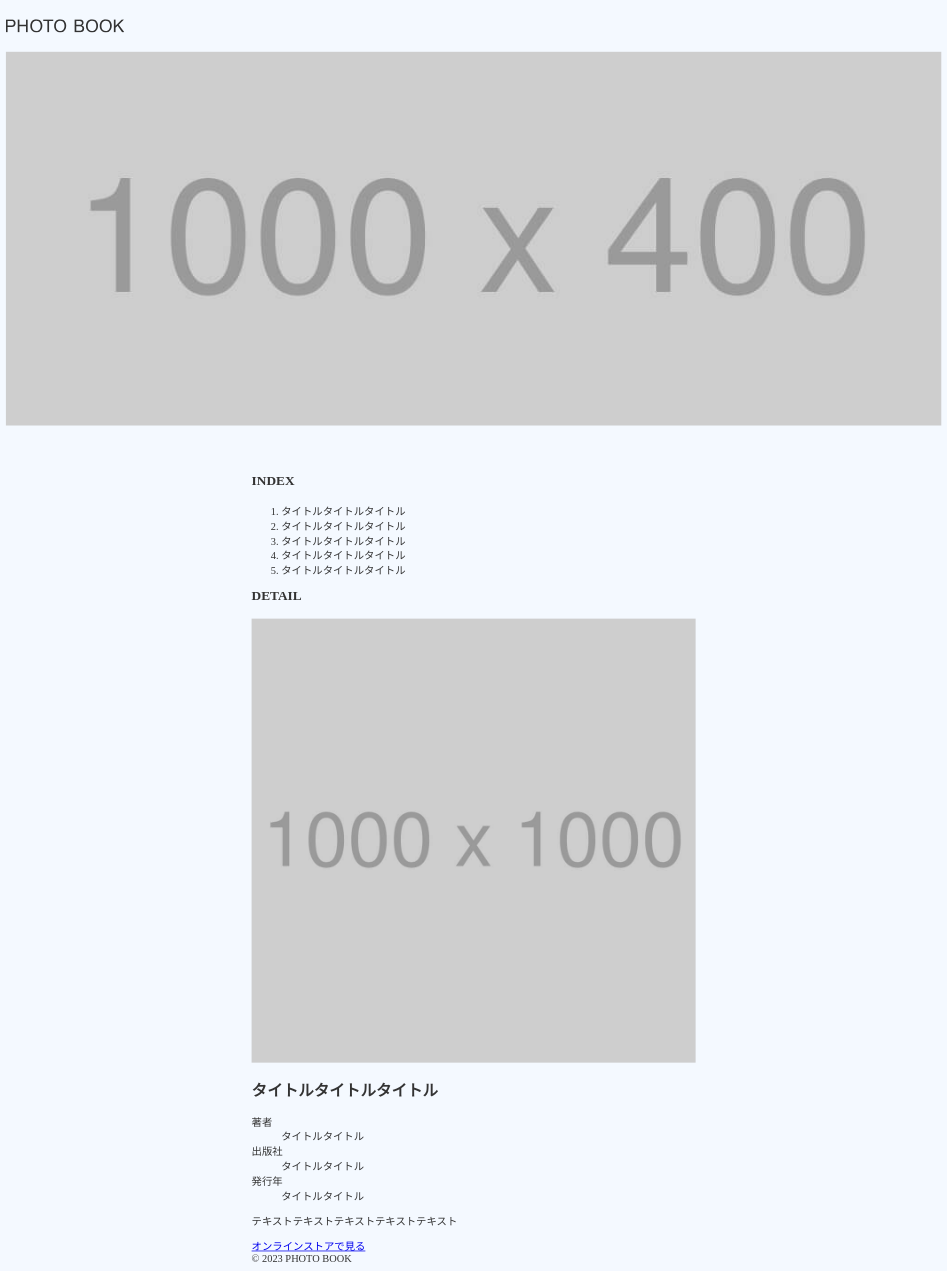
Repository: Fuki-san/photo-book-1
Page: http://localhost/photo
An editor plug-in stored every save of this project. The page is shown before and after the next save, followed by the edit.
The browser window is 1280 px wide. The pictures show the whole page, at 74% of full size.
The page is served by the project's Laravel application, run on PHP 8.4 with Laravel 10.

Above is the page before, as saved 2023-11-29 17:32:16.

After the next save:
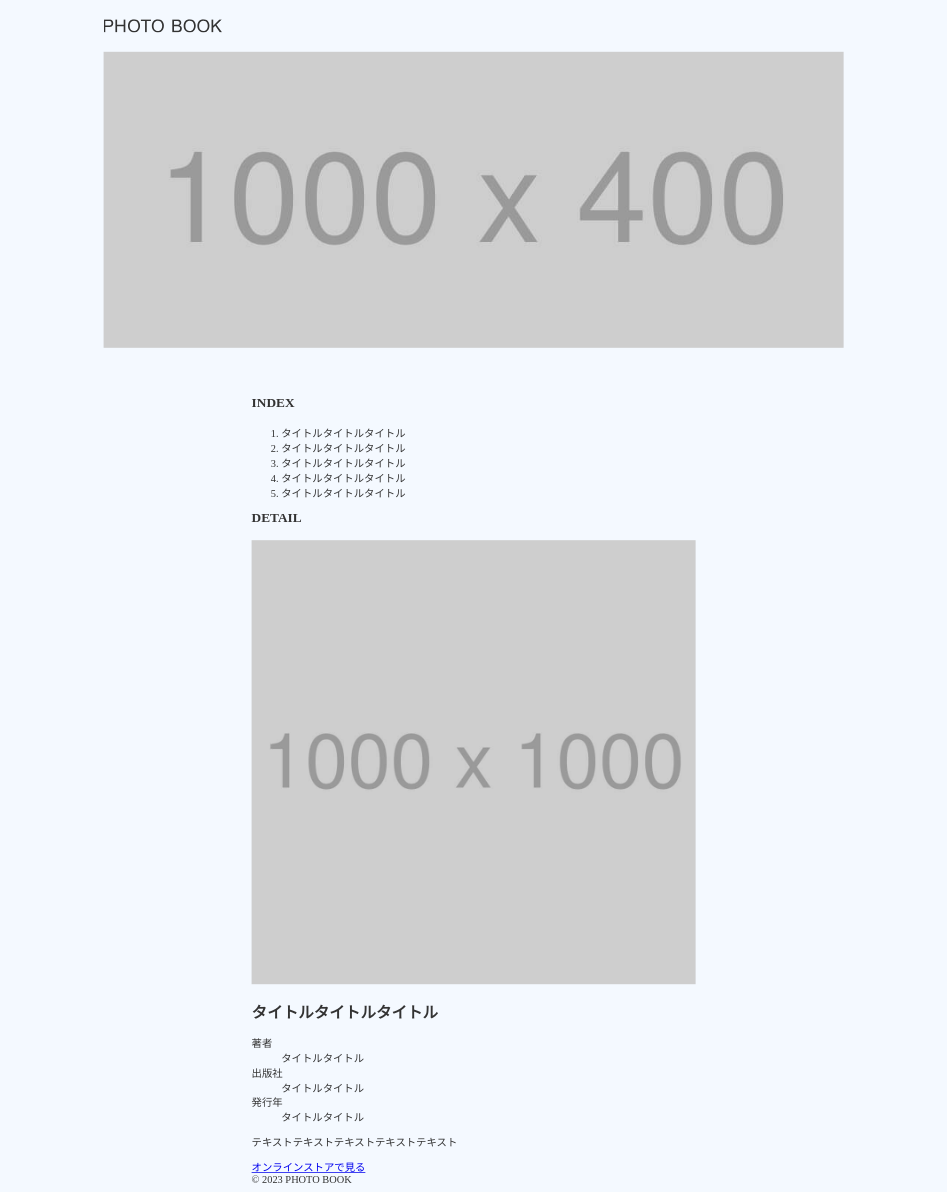
Saved 9 s later.
--- a/public/css/style.css
+++ b/public/css/style.css
@@ -21,11 +21,11 @@ img{
     (block要素の幅100%でなく)1000pxという幅を持ち始め、それよりも大きい外側の部分を調整して
     marigin autoが効き、真ん中に来るようになる。
     端的に言えば↓の2つのコードは、幅が1000pxを超えたときに要素が真ん中に来るようにすること */
-    .containerにも.innerにもmax-widthをする理由は、.innerの幅は
+    /* .containerにも.innerにもmax-widthをする理由は、.innerの幅は
     .containerの1000pxを超えることがないが、それを超えて例えば1200pxのとき、
     .containerは200px分marginを取る。子のsection indexも同様に1000pxcontentになり200px分は
     marginになる。このときでもinnerは600pxの幅を保ち、親のsection(1000px)に対して400px(左右200pxずつ)
-    marginを取り、残りの200pxはそもそも範囲外でmarginでさえ対象外だから関係なし。
+    marginを取り、残りの200pxはそもそも範囲外でmarginでさえ対象外だから関係なし。 */
     max-width: 1000px;
     margin: 0 auto;
 }
